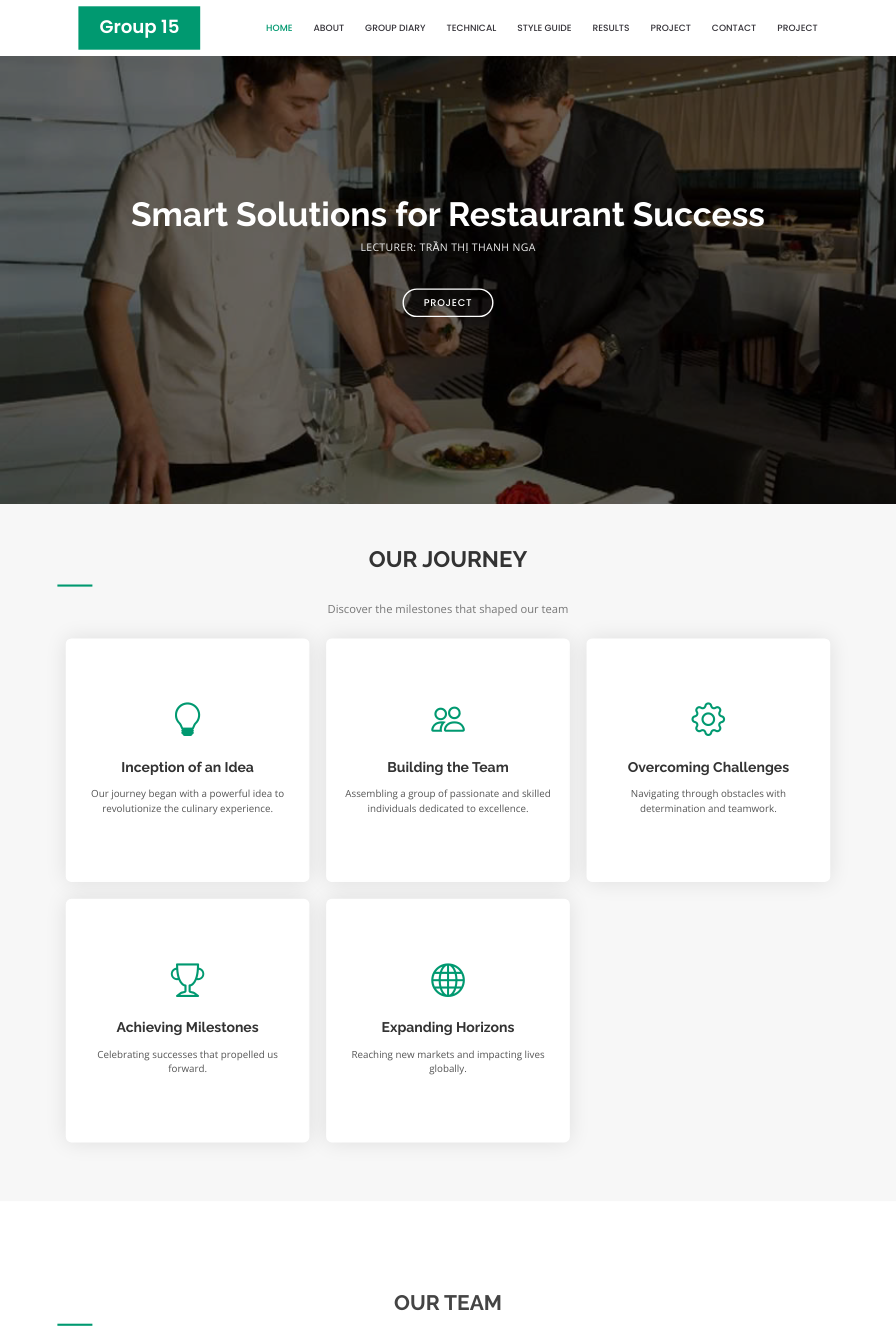
Repository: HoangKhangKhuPho4/Group_Web
Page: index.html
These files come from the project's save history. The page is drawn as it stood at one moment and after the next save; the edit follows.
The browser window is 1280 px wide. The pictures show the part of the page from y = 0 to 1920 px (the page is 2787 px tall), at 70% of full size.
Backgrounds fixed to the window are drawn as part of the page.

Above is the page before, as saved 2024-11-15 21:34:03.

After the next save:
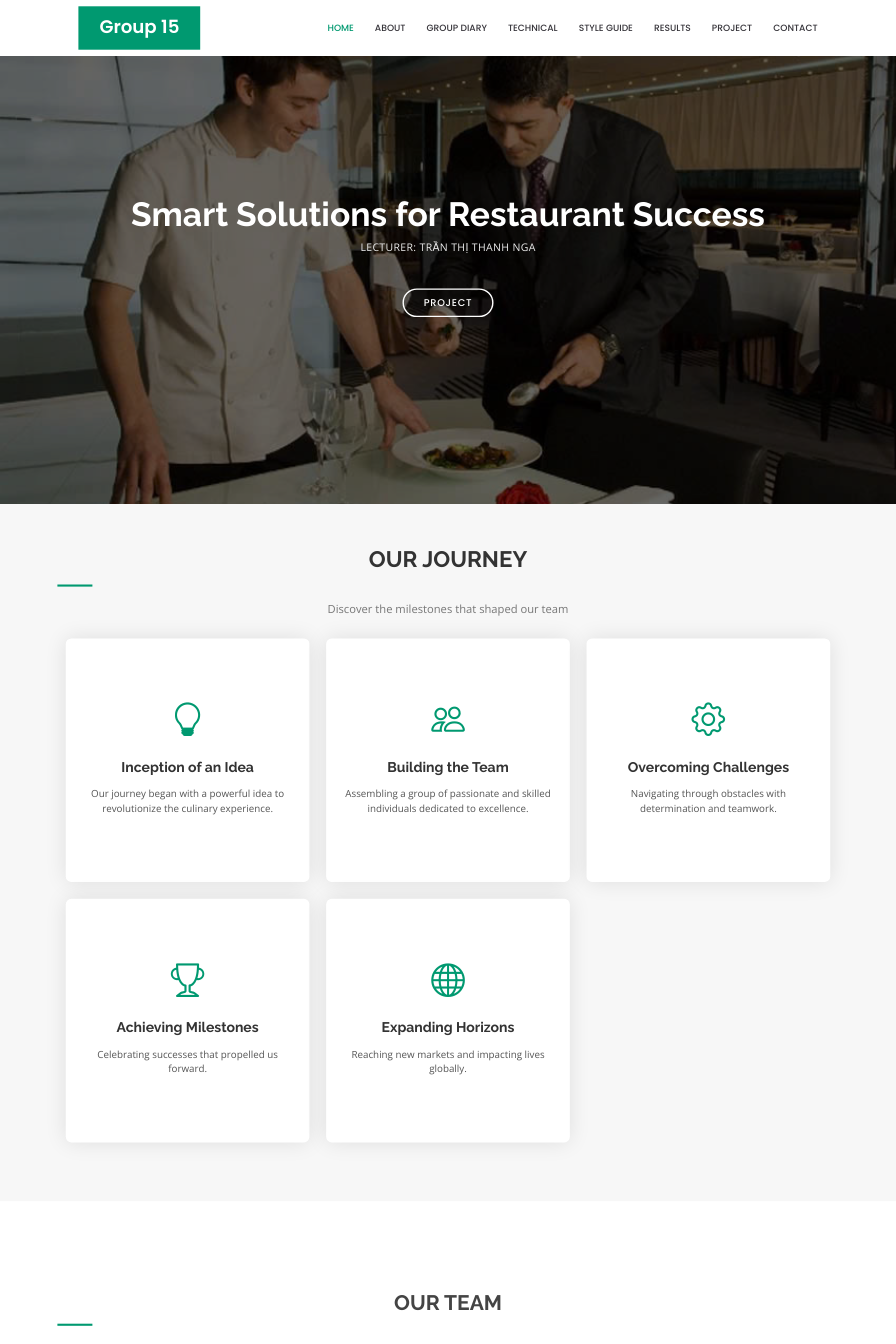
Saved 86 s later.
--- a/index.html
+++ b/index.html
@@ -161,12 +161,7 @@
               <li>
                 <a class="nav-link scrollto" href="contact.html">Contact</a>
               </li>
-              <li>
-                <a href="" target="_blank" class="btn-get-started scrollto"
-                >Project</a
-              >
-
-              </li>
+
             </ul>
             <i class="bi bi-list mobile-nav-toggle"></i>
           </nav>
